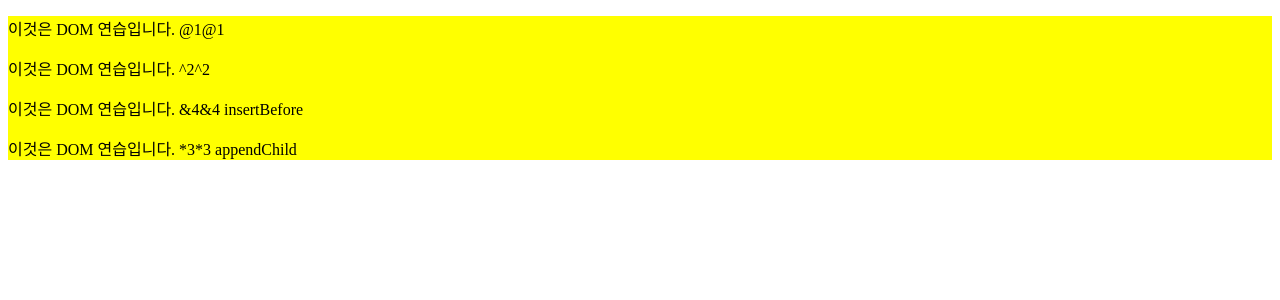
Repository: ady0099/webstudy
Page: 03_javascript/src/main/webapp/day03/ex10_DOM.html
An editor plug-in stored every save of this project. The page is shown before and after a run of saves, followed by the edit.
The browser window is 1280 px wide. The pictures show the whole page.

Above is the page before, as saved 2023-06-29 06:43:31.

After the next 3 saves:
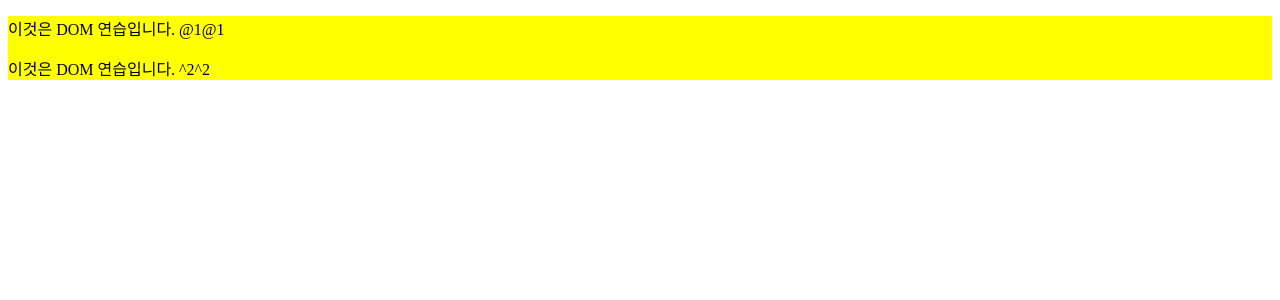
Console error: SyntaxError: Unexpected end of input
The 3 saves are shown as one change because they came seconds apart.
The last was saved 27 s later.
--- a/03_javascript/src/main/webapp/day03/ex10_DOM.html
+++ b/03_javascript/src/main/webapp/day03/ex10_DOM.html
@@ -40,6 +40,12 @@
 
 			div.insertBefore(p2, p);
 
+			// 삭제
+			var k = document.getElementById("p1");
+			k.remove();
+
+			var k2 =
+
 
 		</script>
 	</body>
